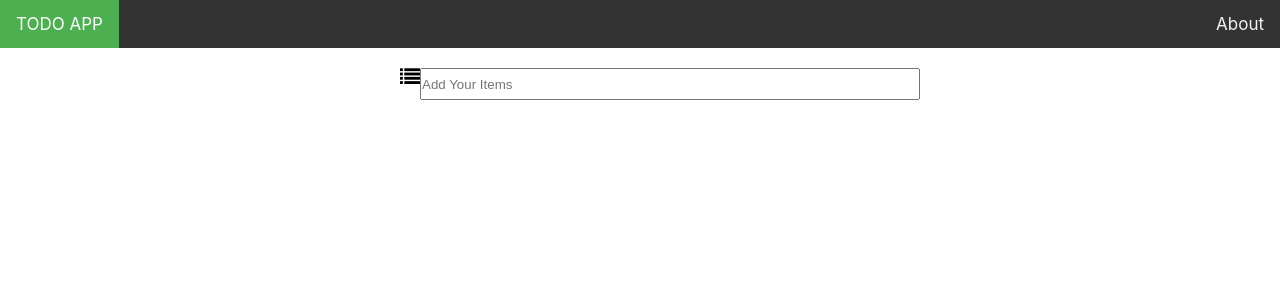
Repository: hoangphuong965/myTodoList
Page: /
An editor plug-in stored every save of this project. The page is shown before and after the next save, followed by the edit.
The browser window is 1280 px wide. The pictures show the whole page.
The project was rebuilt for these pictures with package versions that can differ from the ones it lists, and the page was loaded fresh each time.

Above is the page before, as saved 2020-06-01 09:46:48.

After the next save:
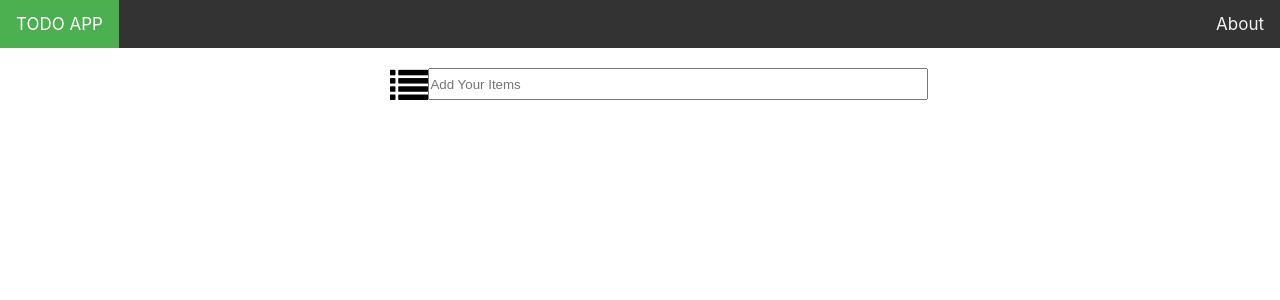
Saved 76 s later.
--- a/src/components/todo.css
+++ b/src/components/todo.css
@@ -20,6 +20,5 @@
 }
 
 .icon{
-    margin: 9px 0px 10px 10px;
-    font-size: 20px;
-}
+    margin: 9px 0px 0px 0px;
+    font-size: 2.4rem;
